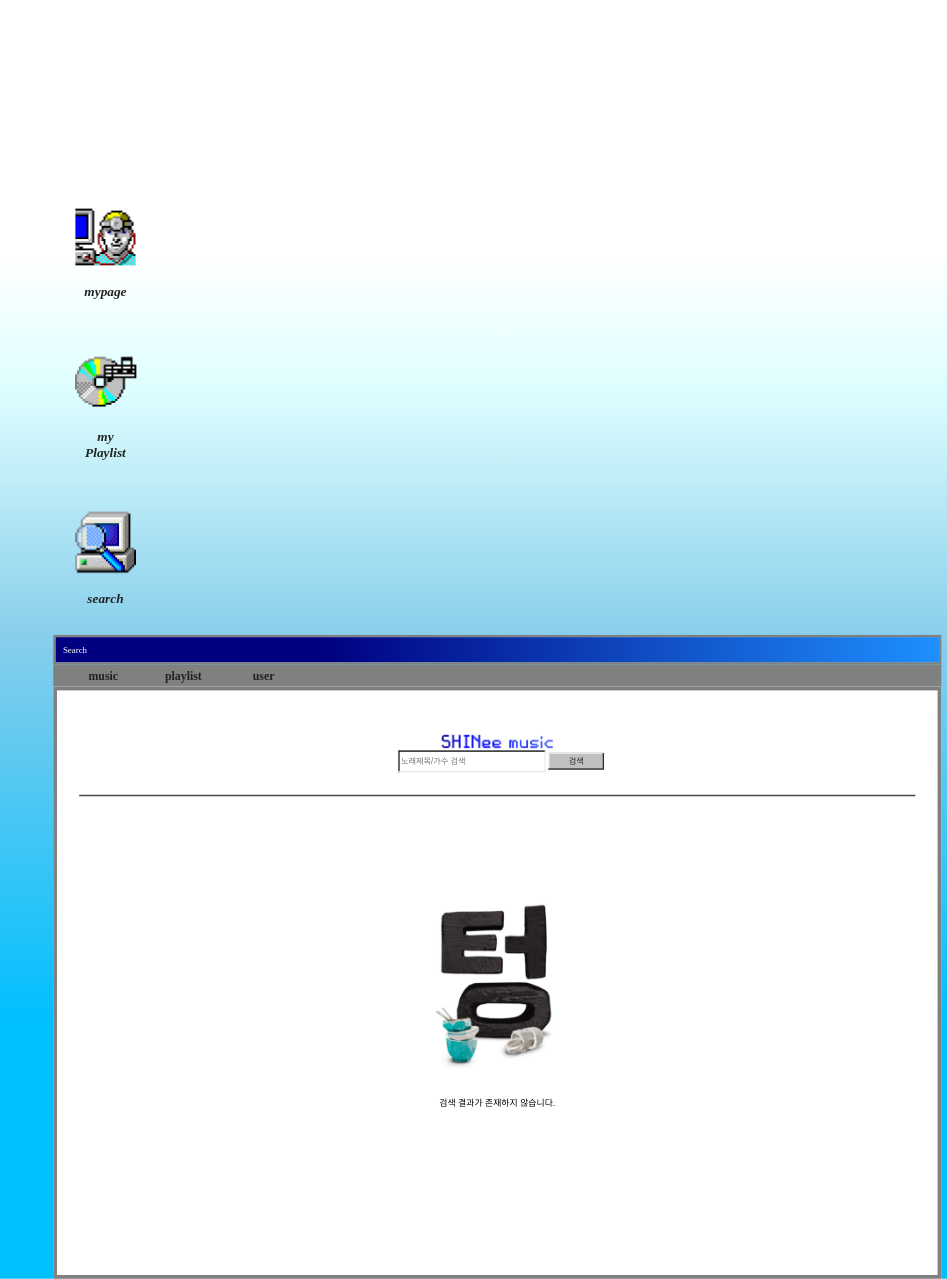
Repository: im2ho/SHINee_say
Page: http://localhost/MAIN/music_search.jsp
These files come from the project's save history. The page is drawn as it stood at one moment and after the next save; the edit follows.
The browser window is 1280 px wide. The pictures show the whole page, at 74% of full size.
Some web fonts or font styles are not loaded; a fallback is used. The page is served by Tomcat 9. Nobody is signed in. The application's start-up code is not run. Queries for data that is not in the repository find no rows.

Above is the page before, as saved 2023-11-19 13:00:09.

After the next save:
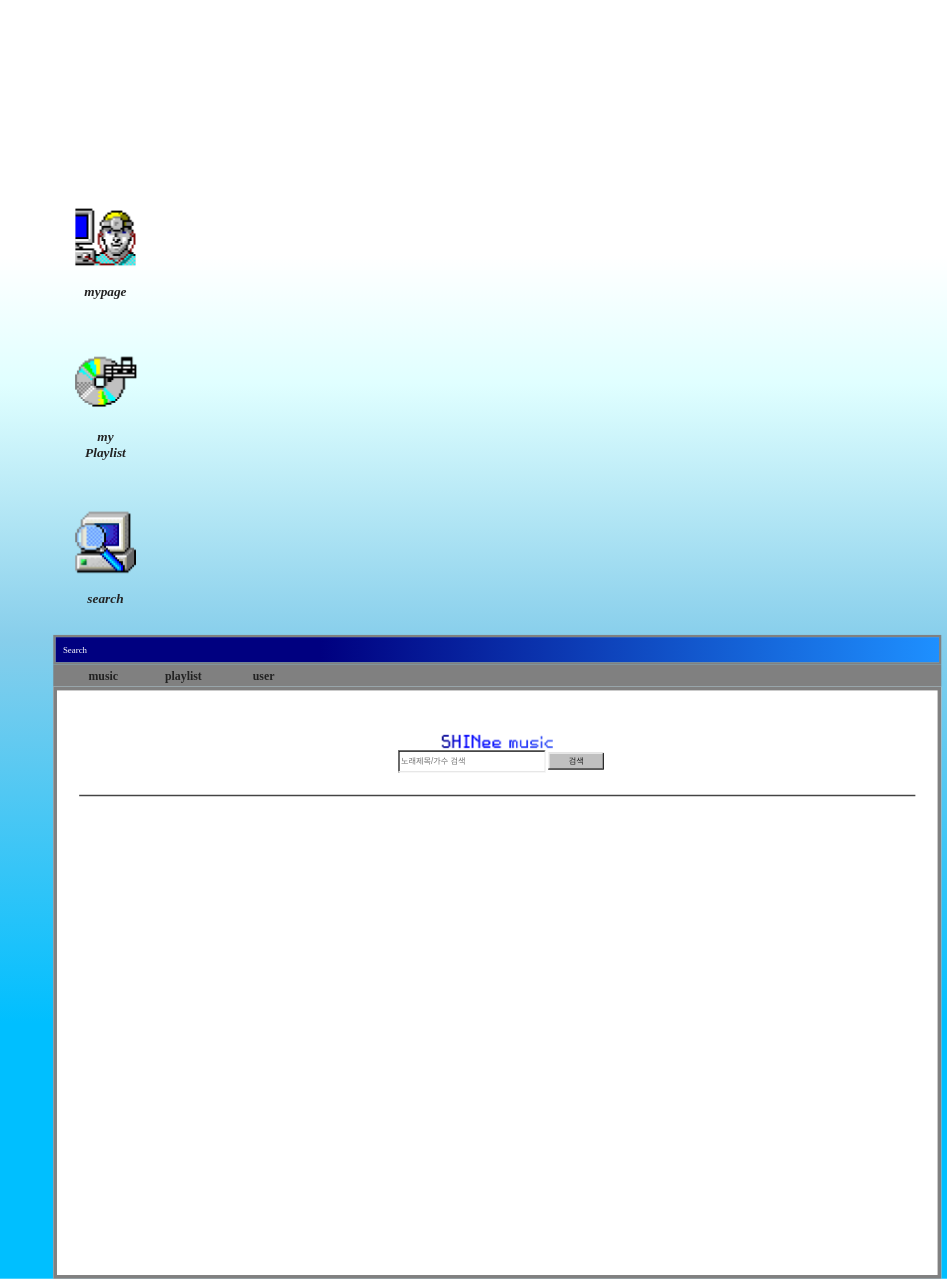
Saved 98 s later.
--- a/BACK/MAIN/src/main/webapp/music_search.jsp
+++ b/BACK/MAIN/src/main/webapp/music_search.jsp
@@ -76,16 +76,7 @@
 	                        ArrayList<Music_info_VO> musicList = searchDAO.getSearchMusics(searchText);
 
 
-	                        //검색결과 없을경우 보일 창
-	                        if(musicList.size() == 0){
-                        %>
-								<img src="img/텅.png" style="margin-top:100px; width:250px;">
-								<p>검색 결과가 존재하지 않습니다.</p>
-								<script>
-									alert("검색 결과가 존재하지 않습니다");
-								</script>
-						<%
-							}
+
 						%>
 
                         <%

After the save that followed:
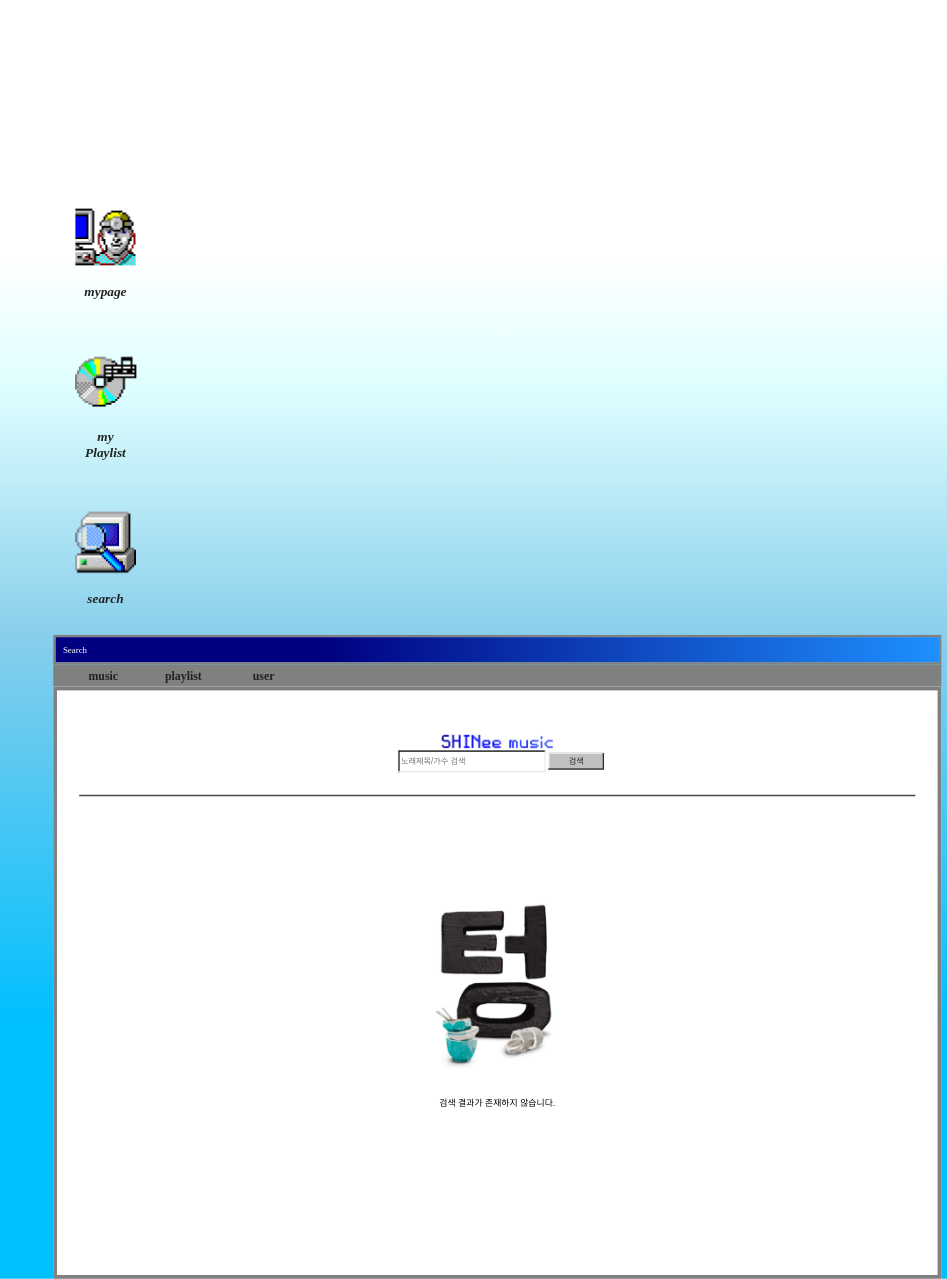
Saved 10 s later.
--- a/BACK/MAIN/src/main/webapp/music_search.jsp
+++ b/BACK/MAIN/src/main/webapp/music_search.jsp
@@ -76,7 +76,16 @@
 	                        ArrayList<Music_info_VO> musicList = searchDAO.getSearchMusics(searchText);
 
 
-
+	                        //검색결과 없을경우 보일 창
+	                        if(musicList.size() == 0){
+                        %>
+								<img src="img/텅.png" style="margin-top:100px; width:250px;">
+								<p>검색 결과가 존재하지 않습니다.</p>
+								<script>
+									alert("검색 결과가 존재하지 않습니다");
+								</script>
+						<%
+							}
 						%>
 
                         <%
